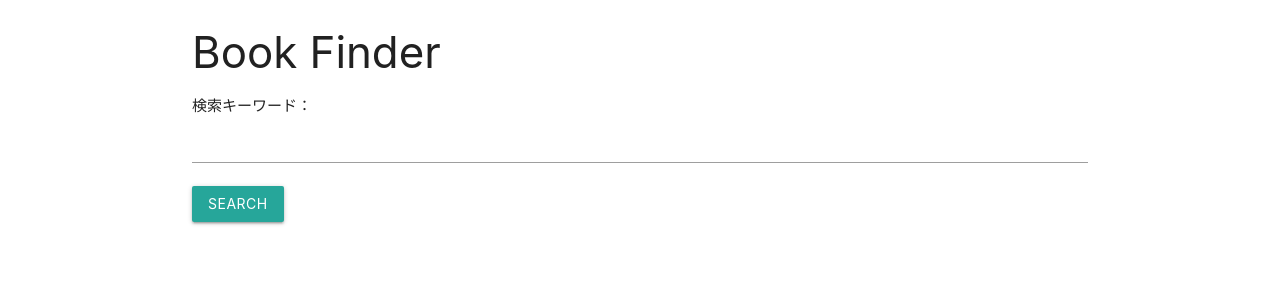
Repository: ayachika/chingu-solo-project
Page: index.html
The author's editor kept a record of every edit. The page is drawn from the files as they stood at one moment, then again after the next edit.
The browser window is 1280 px wide. The pictures show the whole page.
Some web libraries are served in a nearby version.

Above is the page before.

After the next edit:
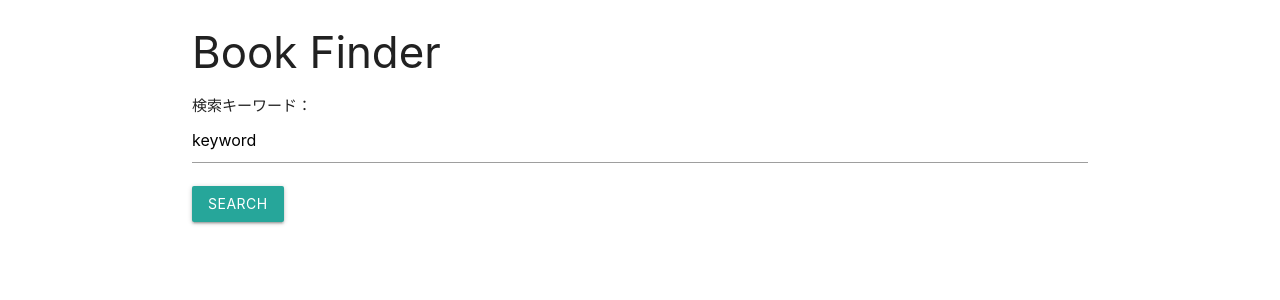
The edit:
--- a/index.html
+++ b/index.html
@@ -13,7 +13,7 @@
     <div class="container" id="app">
       <h3 class="text-center">Book Finder</h3>
       <p> <!--v-modelでフォームとバインディング-->
-        検索キーワード：<input type="text" :value="keyword">
+        検索キーワード：<input type="text" value="keyword">
       </p>
       <a v-on:click="getItems(keyword)" class="waves-effect waves-light btn">Search</a>
       <div class="card blue-grey darken-1" v-for="item in items" v-cloak>
